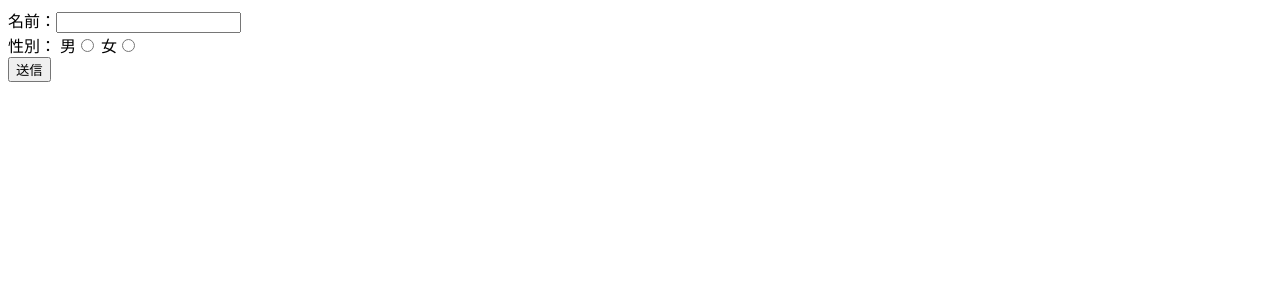
Repository: mmmtmi/practice
Page: servlet jsp/workspace_web/example05/src/main/webapp/formSampleJSP.html
These files come from the project's save history. The page is drawn as it stood at one moment and after the next save; the edit follows.
The browser window is 1280 px wide. The pictures show the whole page.

Above is the page before, as saved 2024-11-26 00:49:07.

### servlet jsp/workspace_web/example05/src/main/webapp/formSampleJSP.html
<!DOCTYPE html>
<html>
<head>
<meta charset="UTF-8">
<title>Insert title here</title>
</head>
<body>
	<form action="formSampleServlet.html" method="post">
		<label>名前：<input type="text" name="name"></label><br>
		性別：
		<label>男<input type="radio" name="gender" value="0"></label>
		<label>女<input type="radio" name="gender" value="1"></label><br>
		<input type="submit" value="送信">
	</form>
</body>
</html>

After the next save:
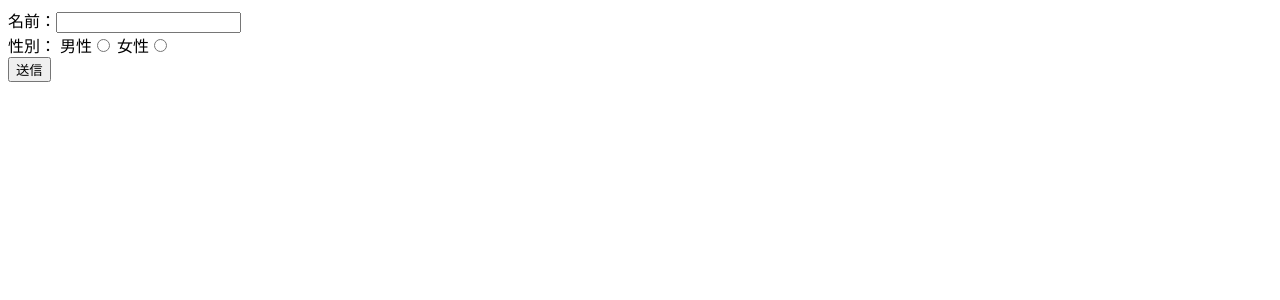
Saved 4 min 26 s later.
--- a/servlet jsp/workspace_web/example05/src/main/webapp/formSampleJSP.html
+++ b/servlet jsp/workspace_web/example05/src/main/webapp/formSampleJSP.html
@@ -6,11 +6,12 @@
 </head>
 <body>
 	<form action="formSampleServlet.html" method="post">
-		<label>名前：<input type="text" name="name"></label><br>
-		性別：
-		<label>男<input type="radio" name="gender" value="0"></label>
-		<label>女<input type="radio" name="gender" value="1"></label><br>
+		<label>名前：<input type="text" name="name"></label><br> <!--部品に必ず名前を付ける。-->
+		性別：									<!--ラヂオはnameが同一。valueが送信される。-->
+		<label>男性<input type="radio" name="gender" value="男性"></label>
+		<label>女性<input type="radio" name="gender" value="女性"></label><br>
 		<input type="submit" value="送信">
+				<!--nameは必須ではない。valueがボタン名に反映-->
 	</form>
 </body>
 </html>
